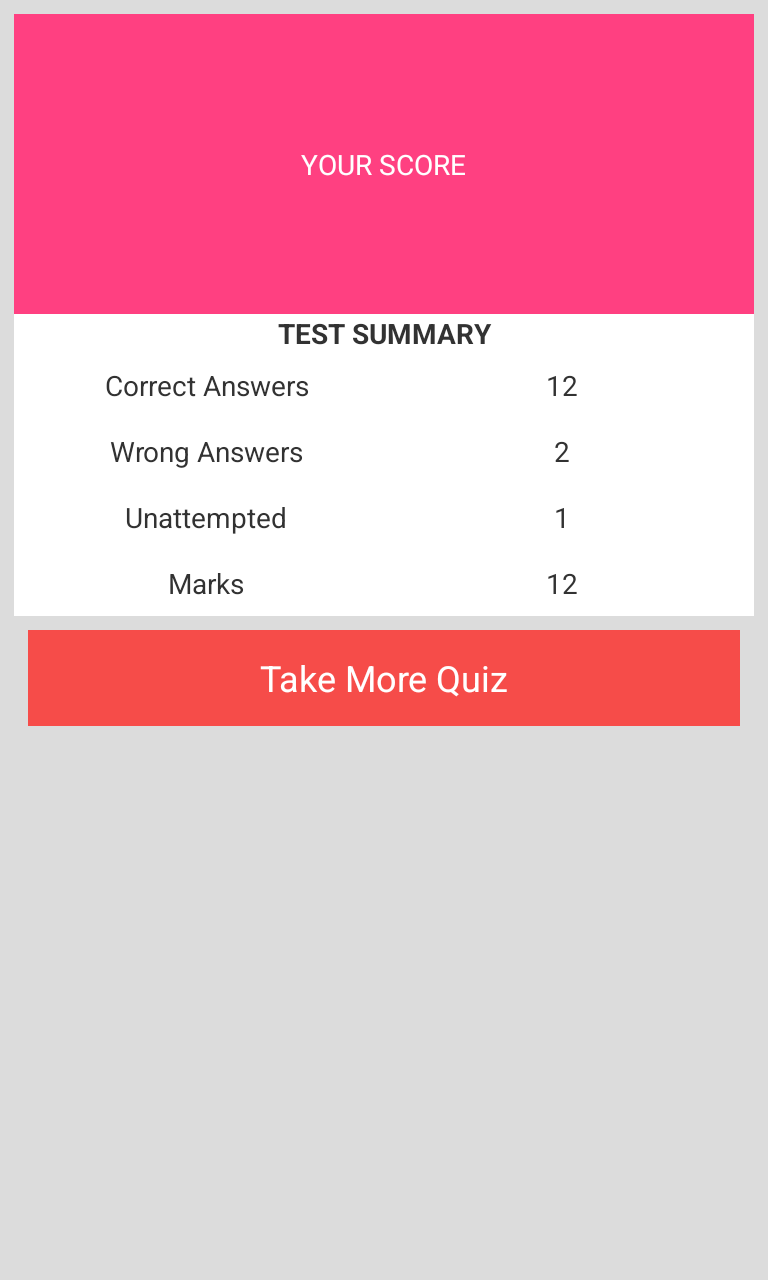
Repository: Harshil737/Career-Launcher
Layout: CareerLauncher/res/layout/activity_test_result_page.xml
These files come from the project's save history. The layout is drawn as it stood at one moment and after the next save; the edit follows.
It is drawn on a 768 x 1280 px phone screen (xhdpi) without system bars, with theme AppTheme; the app's code is not run.

Above is the layout before, as saved 2017-11-04 13:13:12.

### CareerLauncher/res/layout/activity_test_result_page.xml
<RelativeLayout xmlns:android="http://schemas.android.com/apk/res/android"
    xmlns:tools="http://schemas.android.com/tools"
    android:layout_width="match_parent"
    android:layout_height="match_parent"
    android:background="@color/offWhite"
    android:paddingBottom="@dimen/activity_vertical_margin"
    android:paddingLeft="@dimen/activity_horizontal_margin"
    android:paddingRight="@dimen/activity_horizontal_margin"
    android:paddingTop="@dimen/activity_vertical_margin"
    tools:context=".TestResultPage" >

    <RelativeLayout
        android:id="@+id/test_result_page_tmp1"
        android:layout_width="match_parent"
        android:layout_height="150dp"
        android:background="@color/colorAccent" >

        <TextView
            android:layout_width="wrap_content"
            android:layout_height="wrap_content"
            android:layout_centerHorizontal="true"
            android:layout_centerVertical="true"
            android:text="YOUR SCORE"
            android:textColor="@color/colorWhite" />
    </RelativeLayout>

    <LinearLayout
        android:id="@+id/test_result_page_tmp"
        android:layout_width="match_parent"
        android:layout_height="wrap_content"
        android:layout_below="@id/test_result_page_tmp1"
        android:background="@color/colorWhite"
        android:orientation="vertical" >

        <TextView
            android:layout_width="match_parent"
            android:layout_height="wrap_content"
            android:gravity="center_horizontal"
            android:text="TEST SUMMARY"
            android:textStyle="bold" />

        <LinearLayout
            android:layout_width="match_parent"
            android:layout_height="wrap_content"
            android:layout_margin="7dp"
            android:orientation="horizontal" >

            <TextView
                android:layout_width="0dp"
                android:layout_height="wrap_content"
                android:layout_weight="1"
                android:gravity="center_horizontal"
                android:text="Correct Answers" />

            <TextView
                android:id="@+id/test_result_tv_correct"
                android:layout_width="0dp"
                android:layout_height="wrap_content"
                android:layout_weight="1"
                android:gravity="center_horizontal"
                android:text="12" />
        </LinearLayout>

        <LinearLayout
            android:layout_width="match_parent"
            android:layout_height="wrap_content"
            android:layout_margin="7dp"
            android:orientation="horizontal" >

            <TextView
                android:layout_width="0dp"
                android:layout_height="wrap_content"
                android:layout_weight="1"
                android:gravity="center_horizontal"
                android:text="Wrong Answers" />

            <TextView
                android:id="@+id/test_result_tv_wrong"
                android:layout_width="0dp"
                android:layout_height="wrap_content"
                android:layout_weight="1"
                android:gravity="center_horizontal"
                android:text="2" />
        </LinearLayout>

        <LinearLayout
            android:layout_width="match_parent"
            android:layout_height="wrap_content"
            android:layout_margin="7dp"
            android:orientation="horizontal" >

            <TextView
                android:layout_width="0dp"
                android:layout_height="wrap_content"
                android:layout_weight="1"
                android:gravity="center_horizontal"
                android:text="Unattempted" />

            <TextView
                android:id="@+id/test_result_tv_unattempted"
                android:layout_width="0dp"
                android:layout_height="wrap_content"
                android:layout_weight="1"
                android:gravity="center_horizontal"
                android:text="1" />
        </LinearLayout>

        <LinearLayout
            android:layout_width="match_parent"
            android:layout_height="wrap_content"
            android:layout_margin="7dp"
            android:orientation="horizontal" >

            <TextView
                android:layout_width="0dp"
                android:layout_height="wrap_content"
                android:layout_weight="1"
                android:gravity="center_horizontal"
                android:text="Marks" />

            <TextView
                android:id="@+id/test_result_tv_marks"
                android:layout_width="0dp"
                android:layout_height="wrap_content"
                android:layout_weight="1"
                android:gravity="center_horizontal"
                android:text="12" />
        </LinearLayout>
    </LinearLayout>

    <Button
        android:id="@+id/test_result_btn_home"
        android:layout_width="match_parent"
        android:layout_height="wrap_content"
        android:layout_below="@id/test_result_page_tmp"
        android:layout_gravity="center_horizontal"
        android:layout_margin="7dp"
        android:layout_marginTop="24dp"
        android:background="#f64c49"
        android:text="Take More Quiz"
        android:textColor="#FFFFFF" />

</RelativeLayout>

### CareerLauncher/res/values/styles.xml
<resources>

    <style name="AppBaseTheme" parent="android:Theme.Light"></style>

    <!-- Application theme. -->
    <style name="AppTheme" parent="AppBaseTheme"></style>

</resources>

### CareerLauncher/res/values/colors.xml
<?xml version="1.0" encoding="utf-8"?>
<resources>

    <color name="colorPrimary">#3F51B5</color>
    <color name="colorPrimaryDark">#303F9F</color>
    <color name="colorAccent">#FF4081</color>
    <color name="colorWhite">#FFFFFF</color>
    <color name="offWhite">#dcdcdc</color>
    <color name="Black">#000000</color>
    <color name="Green">#388e3c</color>
    <color name="lightGreen">#00c853</color>
    <color name="Grey">#9e9e9e</color>
    <color name="yellow">#ffd600</color>

</resources>

Loaded but not shown: CareerLauncher/res/values-v11/styles.xml (common file); CareerLauncher/res/values-v14/styles.xml (common file); CareerLauncher/res/values/dimens.xml (common file)

After the next save:
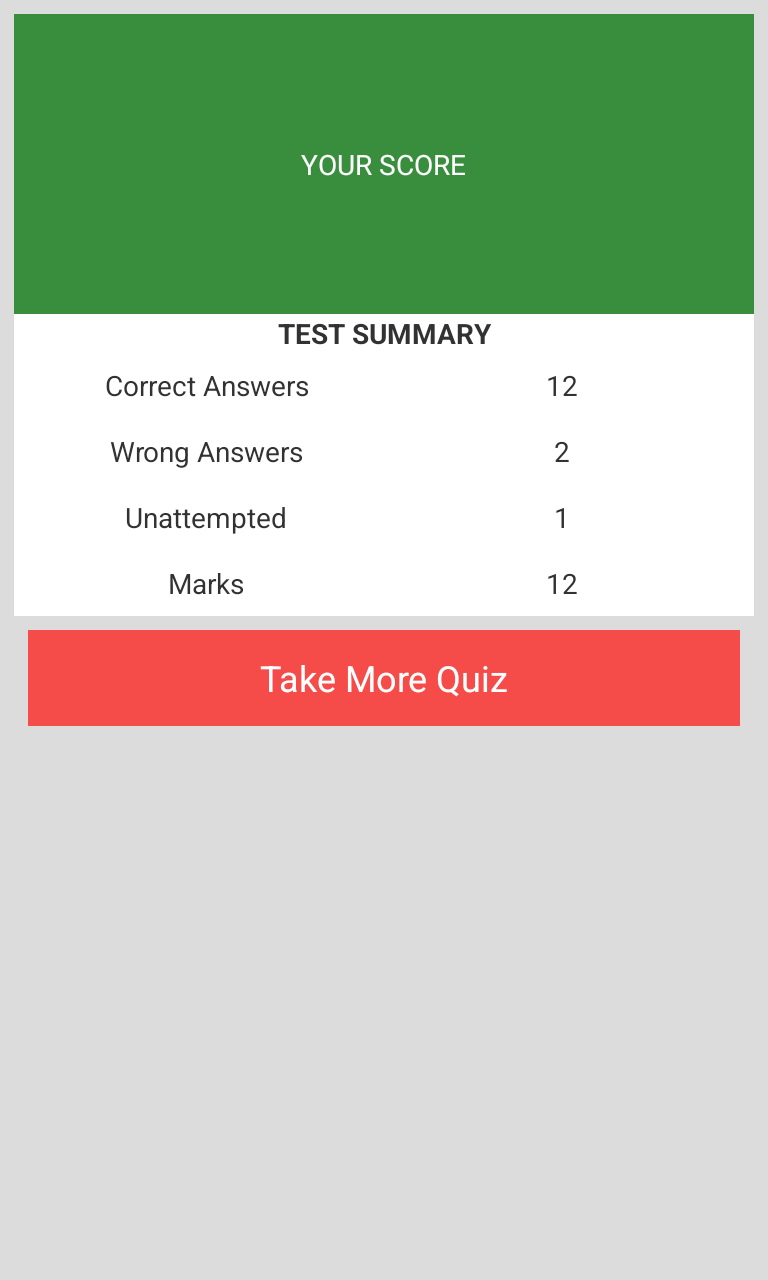
Saved 8 s later.
--- a/CareerLauncher/res/layout/activity_test_result_page.xml
+++ b/CareerLauncher/res/layout/activity_test_result_page.xml
@@ -13,7 +13,7 @@
         android:id="@+id/test_result_page_tmp1"
         android:layout_width="match_parent"
         android:layout_height="150dp"
-        android:background="@color/colorAccent" >
+        android:background="@color/Green" >
 
         <TextView
             android:layout_width="wrap_content"
